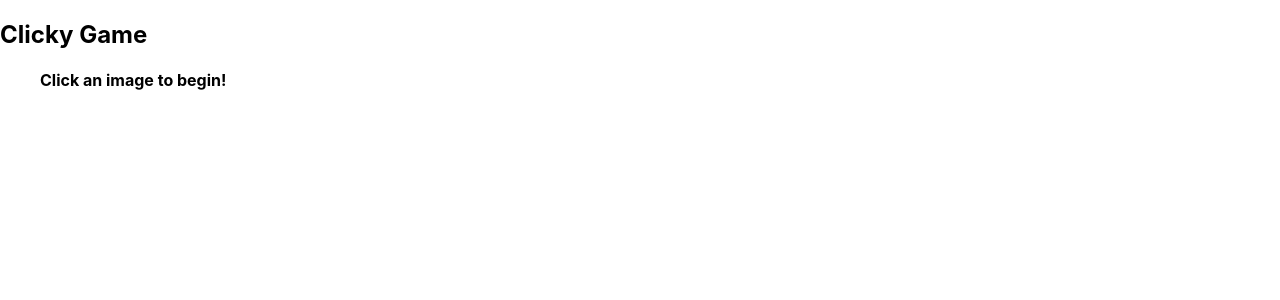
Repository: vivianuol/Clicky-game
Page: /
An editor plug-in stored every save of this project. The page is shown before and after the next save, followed by the edit.
The browser window is 1280 px wide. The pictures show the whole page.
The project was rebuilt for these pictures with package versions that can differ from the ones it lists, and the page was loaded fresh each time. Also part of the build but not shown: src/App.css.

Above is the page before, as saved 2019-01-12 09:39:53.

After the next save:
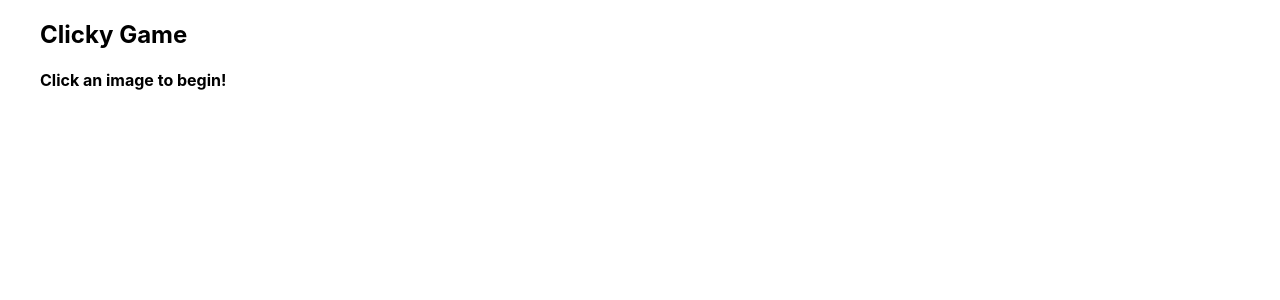
Saved 6 min 18 s later.
--- a/src/components/Header.js
+++ b/src/components/Header.js
@@ -5,12 +5,11 @@
     render() {
         return (
             <Navbar>
-                <Navbar.Header>
+                <Nav>
                     <Navbar.Brand>
                         <h2>Clicky Game</h2>
                     </Navbar.Brand>
-                </Navbar.Header>
-                <Nav>
+
                     <h4>Click an image to begin!</h4>
                 </Nav>
             </Navbar>
